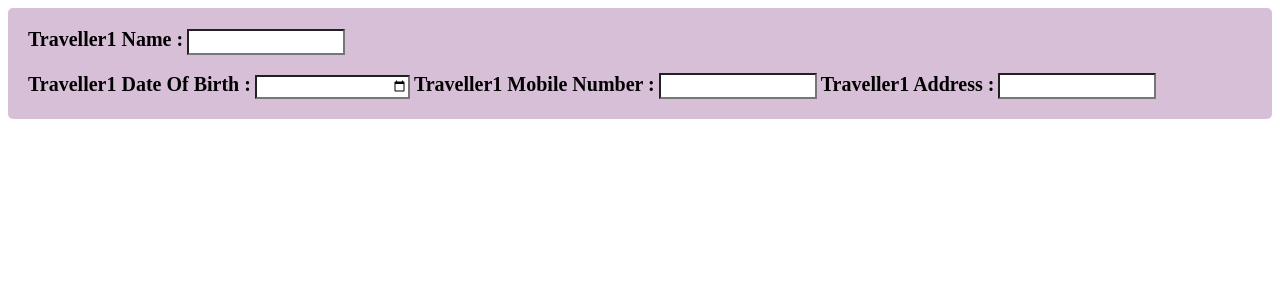
Repository: KanimozhiThandapani/Phase2AirlineBookingProject
Page: http://localhost/AirlineBooking/registrationPage.jsp
The author's editor kept a copy of each file at every save. The page is drawn from the files as they stood at one save, then again after the next save.
The browser window is 1280 px wide. The pictures show the whole page.
The page is served by Tomcat 9. Other server files are loaded and not shown.

Above is the page before, as saved 2022-04-26 07:11:59.

### AirlineBooking/WebContent/registrationPage.jsp
<%@ page language="java" contentType="text/html; charset=ISO-8859-1"
	pageEncoding="ISO-8859-1"%>
<!DOCTYPE html PUBLIC "-//W3C//DTD HTML 4.01 Transitional//EN" "http://www.w3.org/TR/html4/loose.dtd">
<html>
<head>
<meta http-equiv="Content-Type" content="text/html; charset=ISO-8859-1">
<title>User Registration</title>
<style>
div {
  border-radius: 5px;
  background-color: thistle;
  padding: 20px;
}

</style>
</head>
<body>

	<div>
		<form action="bookedFlights" method="get">

		<label for="Traveller1name" style="font-size: 20px"><strong>Traveller1 Name :</strong></label>
        <input type="text" id="t1name" name="t1name" style="width:150px;height: 20px; background: white; color: #FFF;" ><br><br>
		<label for="Traveller1dob" style="font-size: 20px"><strong>Traveller1 Date Of Birth :</strong></label>
		<input type="date" name="t1dob" style="width:150px;height: 20px; background: white; color: #FFF;" >
		<label for="Traveller1mobileNumber" style="font-size: 20px"><strong>Traveller1 Mobile Number :</strong></label>
		<input type="number" name="t1mobileNo" style="width:150px;height: 20px; background: white; color: #FFF;" >
		<label for="Traveller1address" style="font-size: 20px"><strong>Traveller1 Address :</strong></label>
		<input type="text" name="t1address"  style="width:150px;height: 20px; background: white; color: #FFF;" >
		</form>
	</div>
</body>
</html>

After the next save:
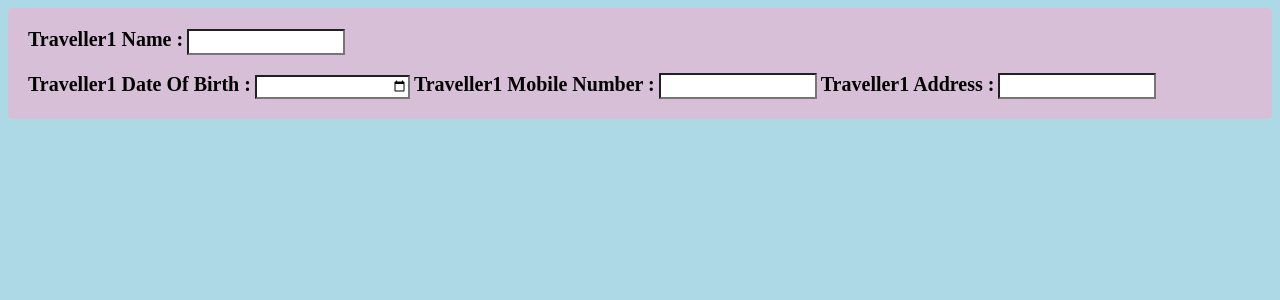
Saved 3 min 31 s later.
--- a/AirlineBooking/WebContent/registrationPage.jsp
+++ b/AirlineBooking/WebContent/registrationPage.jsp
@@ -14,7 +14,8 @@ div {
 
 </style>
 </head>
-<body>
+<body style="background-color:lightblue;">
+
 
 	<div>
 		<form action="bookedFlights" method="get">
